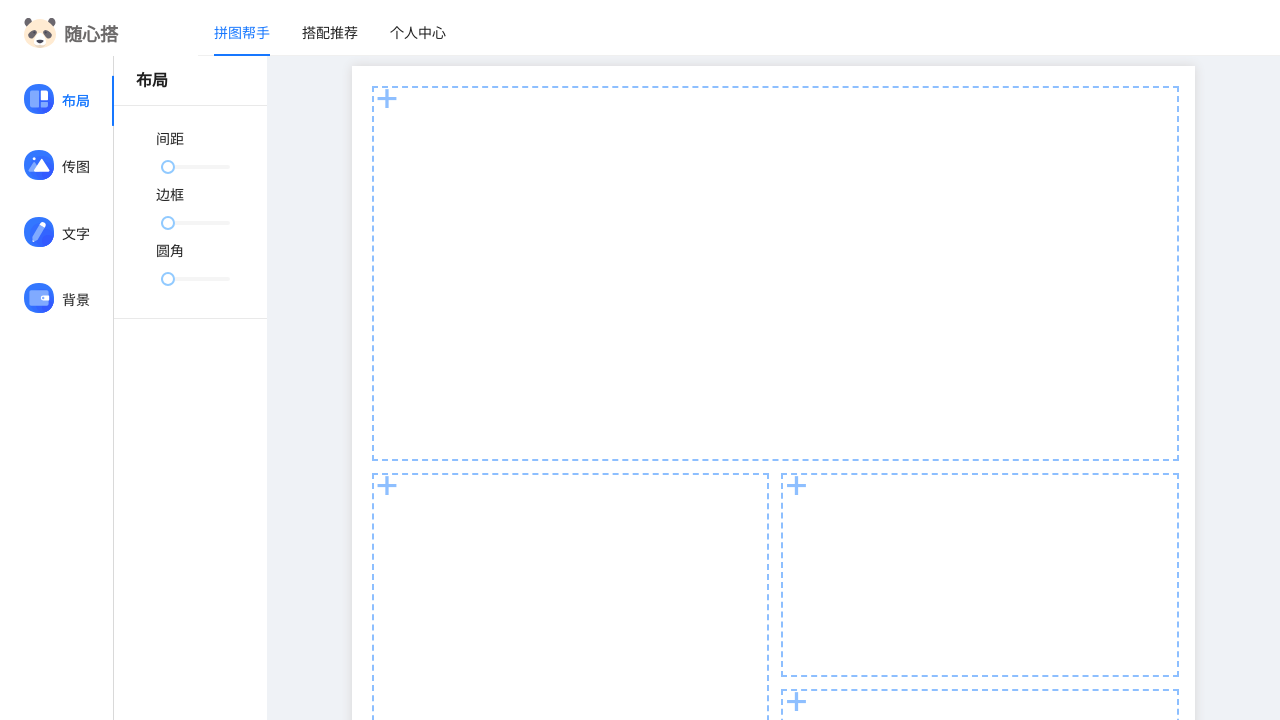
Repository: zzq1101921989/low-code
Page: /
The author's editor kept a copy of each file at every save. The page is drawn from the files as they stood at one save, then again after the next save.
The browser window is 1280 px wide. The pictures show the whole page.
The project was rebuilt for these pictures with package versions that can differ from the ones it lists, and the page was loaded fresh each time. Also part of the build but not shown: vite.config.ts, src/pages/admin/index.tsx, src/components/icon/ClothesIcon.tsx, src/components/icon/HairIcon.tsx, src/components/icon/PantsIcon.tsx, src/components/icon/ShoeIcon.tsx, src/pages/recommend/index.tsx.

Above is the page before, as saved 2023-05-08 22:09:33.

After the next save:
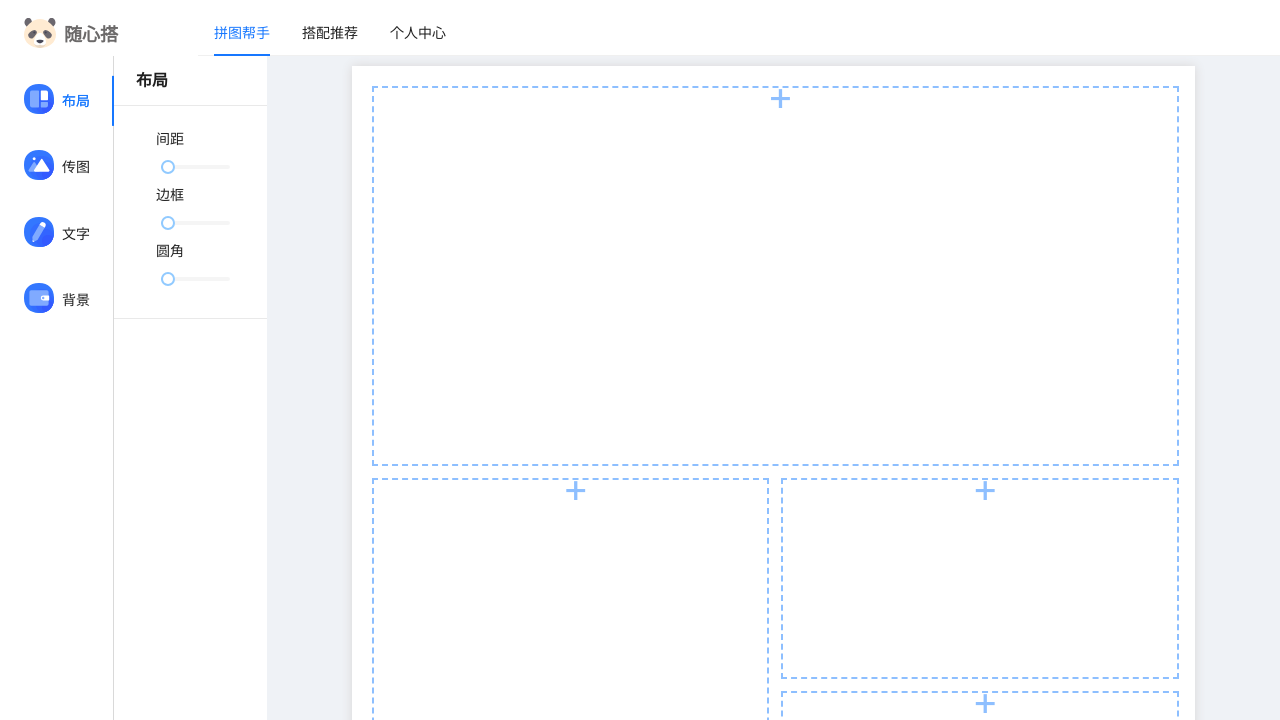
Saved 12 s later.
--- a/src/pages/home/components/ItemBox/index.module.less
+++ b/src/pages/home/components/ItemBox/index.module.less
@@ -12,6 +12,7 @@
         top: 10px;
     }
     .add {
+        display: block;
         width: 16px;
         text-align: center;
         line-height: 16px;
